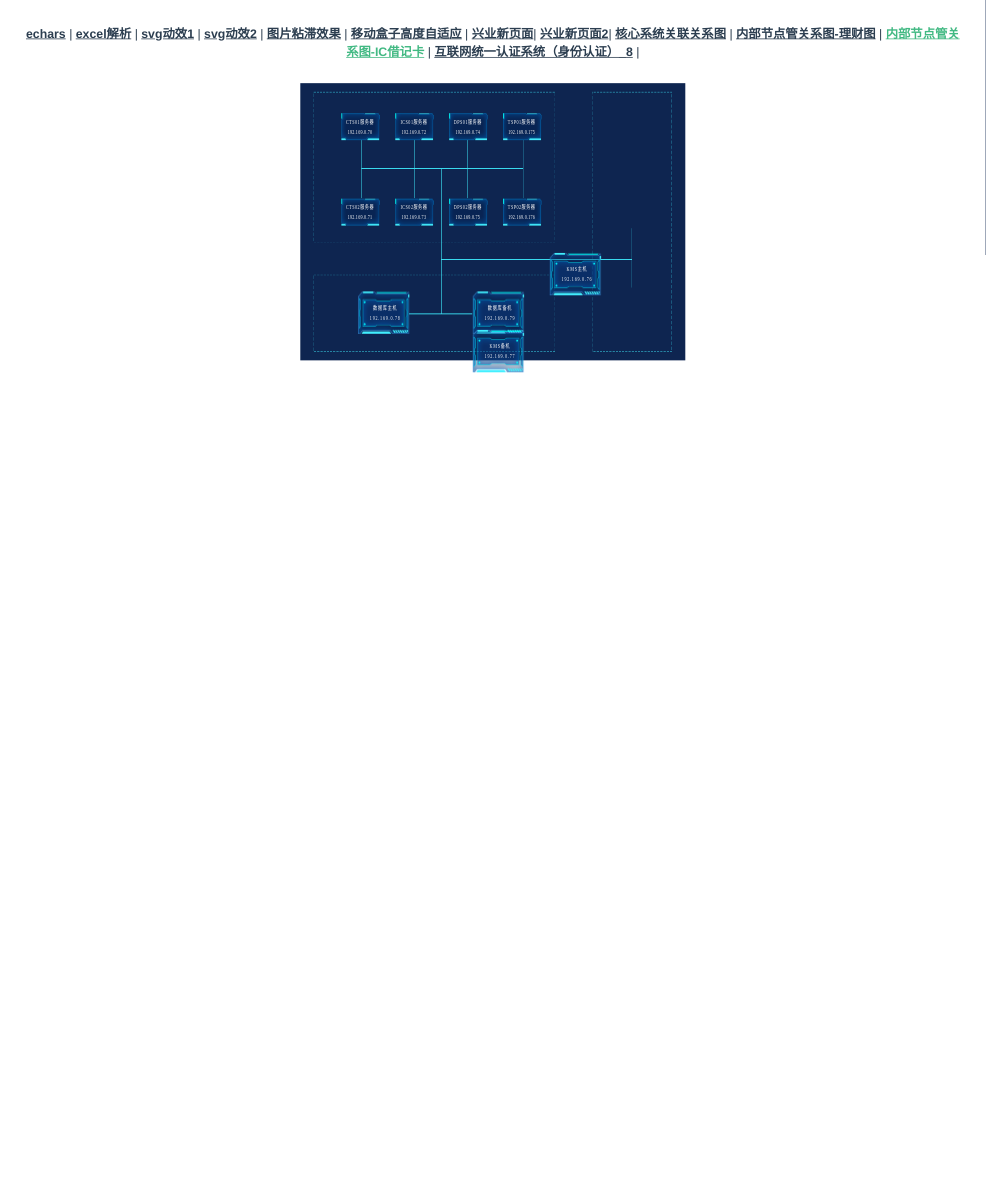
Repository: dmj199811/animation-dmj
Page: /#/work-page7
The author's editor kept a copy of each file at every save. The page is drawn from the files as they stood at one save, then again after a run of saves.
The browser window is 1280 px wide. The pictures show the whole page, at 77% of full size.
The project was rebuilt for these pictures with package versions that can differ from the ones it lists, and the page was loaded fresh each time.

Above is the page before, as saved 2020-07-05 13:35:35.

### src/App.vue
<template>
  <div id="app">
    <div id="nav"
         v-if="this.$store.state.pageShow">
      <router-link to="/">echars</router-link> |
      <router-link to="/xlsx-example">excel解析</router-link> |
      <router-link to="/svg-example1">svg动效1</router-link> |
      <router-link to="/svg-example2">svg动效2</router-link> |
      <router-link to="/work-message">图片粘滞效果</router-link> |
      <router-link to="/work-page2">移动盒子高度自适应</router-link> |
      <router-link to="/work-page3">兴业新页面</router-link>|
      <router-link to="/work-page4">兴业新页面2</router-link>|
      <router-link to="/work-page5">核心系统关联关系图</router-link> |
      <router-link to="/work-page6">内部节点管关系图-理财图</router-link> |
      <router-link to="/work-page7">内部节点管关系图-IC借记卡</router-link> |
      <router-link to="/work-page8">互联网统一认证系统（身份认证）_8</router-link> |
    </div>
    <router-view />
  </div>
</template>

<style lang="less">
body {
  margin: 0;
}
#app {
  font-family: Avenir, Helvetica, Arial, sans-serif;
  -webkit-font-smoothing: antialiased;
  -moz-osx-font-smoothing: grayscale;
  text-align: center;
  color: #2c3e50;
}

#nav {
  padding: 30px;

  a {
    font-weight: bold;
    color: #2c3e50;

    &.router-link-exact-active {
      color: #42b983;
    }
  }
}
</style>

### src/router/index.js
import Vue from 'vue'
import VueRouter from 'vue-router'

Vue.use(VueRouter)

const routes = [
  {
    path: '/',
    redirect: '/circle-echarts',
  },
  {
    path: '/circle-echarts',
    name: 'ani2',
    component: () => import('../views/circle-echarts/index.vue')
  },
  {
    path: '/xlsx-example',
    name: 'xlsx1',
    component: () => import('../views/xlsx1/index.vue')
  },
  {
    path: '/svg-example1',
    name: 'svg1',
    component: () => import('../views/svg1/index.vue')
  },
  {
    path: '/svg-example2',
    name: 'svg2',
    component: () => import('../views/svg2/index.vue')
  },
  {
    path: '/work-message',
    name: 'message1',
    component: () => import('../views/work/message/index.vue')
  },
  {
    path: '/work-page2',
    name: 'show1',
    component: () => import('../views/work/show1/index.vue')
  },
  {
    path: '/work-page3',
    name: 'show2',
    component: () => import('../views/newPage/index.vue')
  },
  {
    path: '/work-page4',
    name: 'show2',
    component: () => import('../views/newPage2/index.vue')
  },
  {
    path: '/work-page5',
    name: 'show3',
    component: () => import('../views/newPage3/index.vue')
  },
  {
    path: '/work-page6',
    name: 'show4',
    component: () => import('../views/newPage4/index.vue')
  },
  {
    path: '/work-page7',
    name: 'show5',
    component: () => import('../views/newPage5/index.vue')
  },
  {
    path: '/work-page8',
    name: 'show6',
    component: () => import('../views/newPage6/index.vue')
  },
]

const router = new VueRouter({
  routes
})

export default router

### src/views/newPage5/index.vue
<template>
  <div class="box">
    <div class="use-box">
      <div class="use-box-bg">


        <div class="deal-server pos1">
            <div class="deal-server-item">
              <div>CTS01服务器</div>
              <div>192.169.0.70</div>
            </div>
        </div>
        <div class="deal-server pos2">
          <div class="deal-server-item">
            <div>CTS02服务器</div>
            <div>192.169.0.71</div>
          </div>
        </div>
        <div class="deal-server pos3">
            <div class="deal-server-item">
              <div>ICS01服务器</div>
              <div>192.169.0.72</div>
            </div>
          </div>
        <div class="deal-server pos4">
            <div class="deal-server-item">
              <div>ICS02服务器</div>
              <div>192.169.0.73</div>
            </div>
          </div>
        <div class="deal-server pos5">
            <div class="deal-server-item">
              <div>DPS01服务器</div>
              <div>192.169.0.74</div>
            </div>
        </div>
        <div class="deal-server pos6">
            <div class="deal-server-item">
              <div>DPS02服务器</div>
              <div>192.169.0.75</div>
            </div>
        </div>
        <div class="deal-server pos7">
            <div class="deal-server-item">
              <div>TSP01服务器</div>
              <div>192.169.0.175</div>
            </div>
        </div>
        <div class="deal-server pos8">
            <div class="deal-server-item">
              <div>TSP02服务器</div>
              <div>192.169.0.176</div>
            </div>
        </div>

        <!-- 数据库主机 -->
        <div class="db-device">
          <div class="batch batch-pos1">
            <div class="batch-item ">
              <div>数据库主机</div>
              <div>192.169.0.78</div>
            </div>
          </div>
          <div class="batch batch-pos2">
            <div class="batch-item ">
              <div>数据库备机</div>
              <div>192.169.0.79</div>
            </div>
          </div>
          <div class="batch batch-pos3">
            <div class="batch-item ">
              <div>KMS主机</div>
              <div>192.169.0.76</div>
            </div>
          </div>
          <div class="batch batch-pos4">
            <div class="batch-item ">
              <div>KMS备机</div>
              <div>192.169.0.77</div>
            </div>
          </div>
        </div>

      </div>
    </div>
  </div>
</template>
<script>
export default {
  data () {
    return {}
  },
  mounted () {
    this.fullScreen()
    let a = {
      'ATM系统': 'N',
      '网上银行域': 'E',
      'IC借记卡系统': 'N',
      'CFP系统': 'W',
      '电话银行域': 'E',
      '金卡系统': 'N',
      '零售信贷系统': 'W',
      '联机交易转发平台': 'N',
      '核心联机交易平台': 'E',
      'OFEP': 'W',
      '会计辅助管理系统': 'W',
      '业务策略管控平台': 'E',
      '历史检索系统': 'N',
      '企业数据集成平台': 'N',
      '银联数据综合前置系统': 'E',
      '理财卡外包制卡系统': 'W',
      '数据仓库系统': 'E',
      '统一报表系统': 'W',
      '企业CRM系统': 'N'
    }

    this.dataToArray(a)
    window.onresize = () => {
      this.fullScreen()
    }
  },
  methods: {
    fullScreen () {
      $('.box').css('transform', `scale(${document.documentElement.clientWidth / 3840},${document.documentElement.clientHeight / 1440})`)
    },
    dataToArray (data) {

    }
  }
}
</script>
<style lang="less" scoped>
.box {
  text-align: left;
  transform-origin: 0 0;
  width: 3840px;
  height: 1440px;
}
.use-box {
  font-size: 18px;
  width: 1500px;
  box-sizing: border-box;
  height: 720px;
  background: #0e2550;
  margin: 0 auto;
  color: white;
}
.use-box div {
  box-sizing: border-box;
}

.use-box-bg {
  width:  100%;
  height: 100%;
  background-image: url(./img/bg-line1.png);
  background-size: 100% 100%;
  position: relative;
}
.deal-server {
  width:  150px;
  height: 70px;
  background-image: url(./img/leftBlue.png);
  background-size: 100% 100%;
  overflow: hidden;


}

.deal-server-item {
  // width:192px;
  // height:60px;
  font-size:16px;
  font-family:Adobe Heiti Std;
  font-weight:normal;
  color:rgba(255,255,255,1);
  line-height:25px;
  letter-spacing: 2px;
  text-align: center;
  margin-top: 10px;
  margin-left: -5px;
}

.deal-server-item > div:nth-child(2) {
  letter-spacing: 1px;
}
.pos1 {
  position: absolute;
  top: 78px;
  left: 160px;
}
.pos2 {
  position: absolute;
  top: 300px;
  left: 160px;
}
.pos3 {
  position: absolute;
  top: 78px;
  left: 370px;
}
.pos4 {
  position: absolute;
  top: 300px;
  left: 370px;
}
.pos5 {
  position: absolute;
  top: 78px;
  left: 580px;
}
.pos6 {
  position: absolute;
  top: 300px;
  left: 580px;
}
.pos7 {
  position: absolute;
  top: 78px;
  left: 790px;
}
.pos8 {
  position: absolute;
  top: 300px;
  left: 790px;
}

.batch {
  width:  200px;
  height: 110px;
  background-image: url(./img/rightBlue.png);
  background-size: 100% 100%;
  overflow: hidden;
}

.batch-item {
  width:192px;
  height:60px;
  font-size:16px;
  font-family:Adobe Heiti Std;
  font-weight:normal;
  color:rgba(255,255,255,1);
  line-height:25px;
  letter-spacing: 3px;
  text-align: center;
  margin-top: 30px;
  margin-left: 10px;
}

.batch-pos1 {
  position: absolute;
  top: 541px;
  left: 225px;
}
.batch-pos2 {
  position: absolute;
  top: 541px;
  left: 672px;
}
.batch-pos3 {
  position: absolute;
  top: 441px;
  left: 972px;
}
.batch-pos4 {
  position: absolute;
  top: 641px;
  left: 672px;
}

</style>

Loaded but not shown: public/index.html (common file); src/main.js (common file); src/store/index.js (common file)

After the next 2 saves:
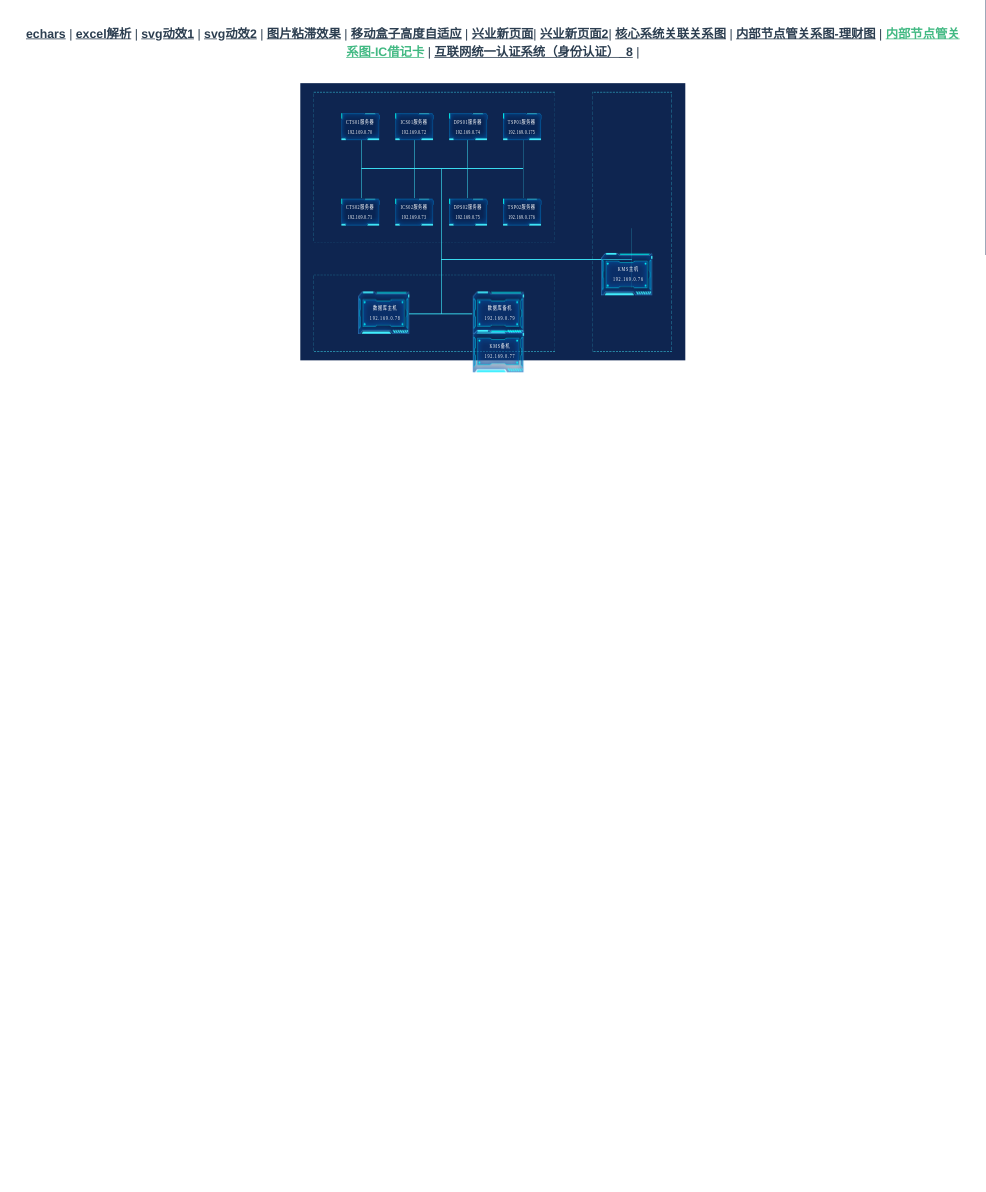
The 2 saves are shown as one change because they came seconds apart.
The last was saved 7 s later.
--- a/src/views/newPage5/index.vue
+++ b/src/views/newPage5/index.vue
@@ -259,7 +259,7 @@ export default {
 .batch-pos3 {
   position: absolute;
   top: 441px;
-  left: 972px;
+  left: 1172px;
 }
 .batch-pos4 {
   position: absolute;
